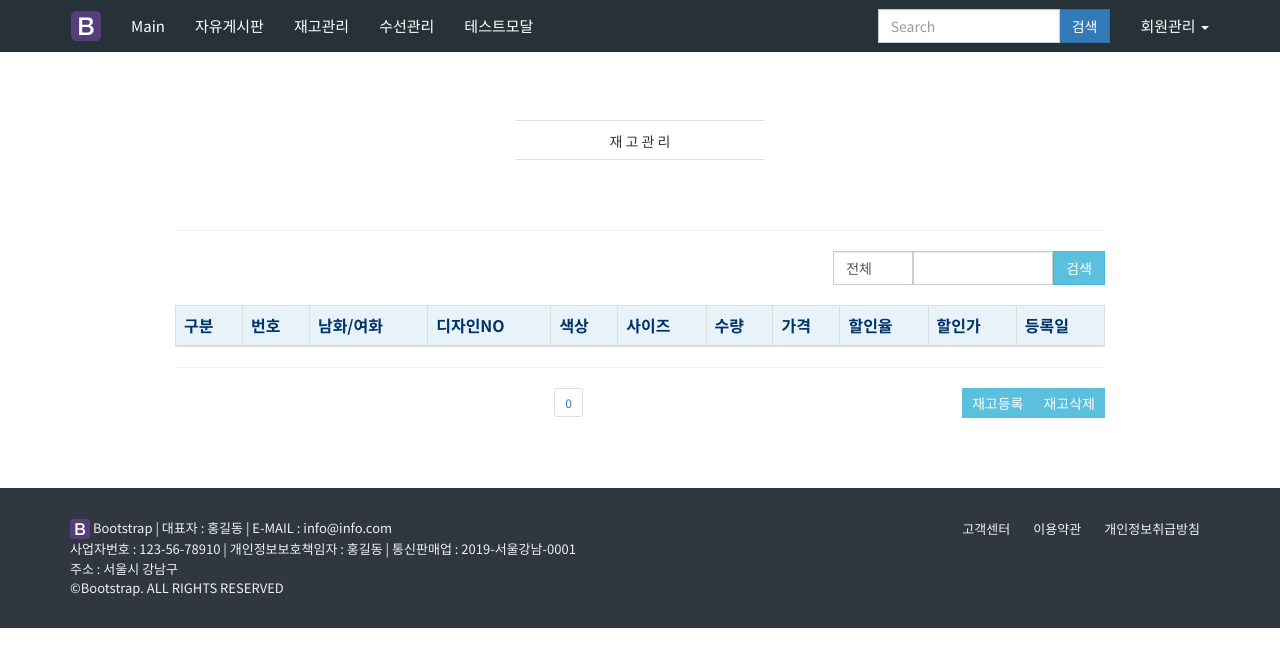
Repository: RattenLegs/Project_Inventory
Page: http://localhost/Project_Inventory/WEB-INF/views/inventoryboard/inventoryList.jsp
The author's editor kept a copy of each file at every save. The page is drawn from the files as they stood at one save, then again after the next save.
The browser window is 1280 px wide. The pictures show the whole page.
Some web libraries are served in a nearby version. The page is served by Tomcat 9. Nobody is signed in. Other server files are loaded and not shown. The template is opened directly, without the code that normally fills it, so the values that code supplies are empty.

Above is the page before, as saved 2023-03-02 18:46:31.
Console error: TypeError: Cannot read properties of null (reading 'addEventListener')

### Project_Inventory/src/main/webapp/WEB-INF/views/inventoryboard/inventoryList.jsp
<%@ taglib uri="http://java.sun.com/jsp/jstl/core" prefix="c"%>
<%@ taglib uri="http://java.sun.com/jsp/jstl/fmt" prefix="fmt"%>
<%@ page language="java" contentType="text/html; charset=UTF-8"
	pageEncoding="UTF-8"%>
<html>
<head>
<%@ include file="../../views/include/header.jsp"%>
<title>재고관리 시스템입니다.</title>

</head>
<body>
	<section>
		<div class="container-fluid">
			<div class="row">
				<!--lg에서 9그리드, xs에서 전체그리드-->
				<div class="col-lg-9 col-xs-12 board-table">
					<div class="titlebox">
						<p>재 고 관 리</p>
					</div>
					<hr>

					<div>

						<%@ include
							file="../../views/inventoryboard/inventorySearchForm.jsp"%></div>

					<table class="table table-bordered">
						<thead>
							<tr>
								<th>구분</th>
								<th>번호</th>
								<th>남화/여화</th>
								<th>디자인NO</th>
								<th>색상</th>
								<th>사이즈</th>
								<th>수량</th>
								<th>가격</th>
								<th>할인율</th>
								<th>할인가</th>
								<th>등록일</th>
							</tr>
						</thead>

						<tbody>
							<c:forEach var="vo" items="${boardList}">
								<tr>
									<td>${vo.bno}</td>
									<td>
										<a href="<c:url value='/inventoryboard/inventoryList/${vo.bno}${pc.makeURI(pc.paging.pageNum)}' />">${vo.shoeGender}</a>
										&nbsp;&nbsp;&nbsp;
										<c:if test="${vo.newMark}">
											<img alt="newMark" src="<c:url value='/img/icon_new.gif' />">
										</c:if></td>
									<td>${vo.design}</td>
									<td>${vo.color}</td>
									<td>${vo.shoeSize}</td>
									<td>${vo.shoeNum}</td>
									<td>${vo.price}</td>
									<td>${vo.salePercent}</td>
									<td>${vo.sale}</td>
									<td><fmt:formatDate value="${vo.regDate}"
											pattern="yyyy-MM-dd HH:mm" /></td>
									<td><fmt:formatDate value="${vo.updateDate}"
											pattern="yyyy-MM-dd HH:mm" /></td>
								</tr>
							</c:forEach>
						</tbody>

						<!-- 						<tfoot>
						</tfoot> -->

					</table>

					<!-- 					<select class="form-select" size="1"
						aria-label="size 1 select example">
						<option selected>Open this select menu</option>
						<option value="1">One</option>
						<option value="2">Two</option>
						<option value="3">Three</option>
					</select> -->

					<!-- <input type="checkbox"> -->
					<%@ include file="../../views/inventoryboard/addInventoryForm.jsp"%>

					<%@ include
						file="../../views/inventoryboard/inventoryModalForm.jsp"%>
				</div>
			</div>
		</div>
	</section>
	<%@ include file="../../views/include/footer.jsp"%>
</body>
<script
	src="${pageContext.request.contextPath}/resources/modal/modal.js"></script>

<script>
//페이지 관련 스크립트
$(function() {

	const msg = '${msg}';
	if(msg !== '') {
		alert(msg);
	}


	//사용자가 페이지 관련 버튼을 클릭했을 때, 기존에는 각각의 a태그의 href에다가
	//각각 다른 url을 작성해서 요청을 보내줬다면, 이번에는 클릭한 그 버튼이 무엇인지를 확인해서
	//그 버튼에 맞는 페이지 정보를 자바스크립트로 끌고와서 요청을 보내 주겠습니다.
	$('#pagination').on('click', 'a', function(e) {//on 함수 jQuery
		e.preventDefault(); //a태그의 고유기능 중지.

		//현재 이벤트가 발생한 요소(버튼)의
		//data-pageNum의 값을 얻어서 변수에 저장.
		//const value = e.target.dataset.pagenum; -> Vanilla JS
		const value = $(this).data('pagenum'); // -> jQuery
		console.log(value);

		//페이지 버튼들을 감싸고 있는 form태그를 name으로 지목하여
		//그 안에 숨겨져 있는 pageNum이라는 input태그의 value에
		//위에서 얻은 data-pageNum의 값을 삽입 한 후 submit
		//formatpageNum의 value를 얻어온 사용자가 클릭한 버튼, 그 버튼에 매겨진 page값으로 변경하고 submit 때리면 hidden으로 숨겨진 데이터도 넘어감
		document.pageForm.pageNum.value = value;
		document.pageForm.submit();

	});


}); //end jQuery
</script>

</html>

### Project_Inventory/src/main/webapp/WEB-INF/views/include/header.jsp
<%@ page language="java" contentType="text/html; charset=UTF-8"
	pageEncoding="UTF-8"%>
<%@ taglib uri="http://java.sun.com/jsp/jstl/core" prefix="c"%>

<!DOCTYPE html>
<html>
<head>

<meta charset="utf-8">
<meta http-equiv="X-UA-Compatible" content="IE=edge">
<meta name="viewport" content="width=device-width, initial-scale=1">

<!--
		${pageContext.request.contextPath} == <c:url value='' />
	 -->

<link
	href="${pageContext.request.contextPath}/resources/css/bootstrap.css"
	rel="stylesheet">
<script
	src="https://ajax.googleapis.com/ajax/libs/jquery/1.11.2/jquery.min.js"></script>
<!--개인 디자인 추가-->
<link href="${pageContext.request.contextPath}/resources/css/style.css"
	rel="stylesheet">
<script
	src="${pageContext.request.contextPath}/resources/js/bootstrap.js"></script>
</head>


<body>
	<header>
		<div class="container-fluid">
			<div class="row">
				<div class="container">
					<div class="navbar">
						<div class="navbar-header">
							<!--data-toggle 같은 것들은 내부적으로 지원하는 반응형 API기능이므로 지우면 안됩니다-->
							<button type="button" class="navbar-toggle"
								data-toggle="collapse" data-target="#myNavbar">
								<span class="icon-bar"></span> <span class="icon-bar"></span> <span
									class="icon-bar"></span>
							</button>
							<a class="navbar-brand" href="#"><img width="30"
								src="${pageContext.request.contextPath }/resources/img/logo.svg"
								alt="Brand"></a>
						</div>


						<div class="collapse navbar-collapse" id="myNavbar">
							<ul class="nav navbar-nav">
								<li class="active"><a href="<c:url value='/' />">Main</a></li>
								<li><a href="<c:url value='/freeboard/freeList' />">자유게시판</a></li>
								<li><a
									href="<c:url value='/inventoryboard/inventoryList' />">재고관리</a></li>
								<li><a href="<c:url value='/repairboard/repairList' />">수선관리</a></li>
								<li><a href="<c:url value='/testModal/testModalMain' />">테스트모달</a></li>
								<!--
				<li><a href="#">강의</a></li>
                                <li><a href="#">Form</a></li>
                                <li><a href="#">Board</a></li>
 				-->

							</ul>
							<ul class="nav navbar-nav navbar-right">
								<li class="dropdown"><a class="dropdown-toggle"
									data-toggle="dropdown" href="#">회원관리 <span class="caret"></span></a>
									<ul class="dropdown-menu">
										<li><a href="<c:url value='/user/userLogin' />"><span
												class="glyphicon glyphicon-log-in"></span>Login</a></li>
										<li><a href="<c:url value='/user/userJoin' />"><span
												class="glyphicon glyphicon-user"></span>회원가입</a></li>
										<!--                                         <li><a href="#"><span class="glyphicon glyphicon-user"></span>MyPage</a></li> -->
										<li><a href="#"><span
												class="glyphicon glyphicon-log-out"></span>Logout</a></li>
									</ul></li>
							</ul>

							<form class="navbar-form navbar-right" action="">
								<div class="input-group">
									<input type="text" class="form-control" placeholder="Search">
									<div class="input-group-btn">

										<button class="btn btn-primary" type="submit">검색</button>
									</div>
								</div>
							</form>
						</div>
					</div>
				</div>
			</div>
		</div>
	</header>

### Project_Inventory/src/main/webapp/WEB-INF/views/inventoryboard/inventorySearchForm.jsp
<%@ page language="java" contentType="text/html; charset=UTF-8"
	pageEncoding="UTF-8"%>


<!-- form을 가져온다 -->
<form action="<c:url value='/inventoryboard/inventoryList' />">
	<div class="search-wrap">
		<button type="submit" class="btn btn-info search-btn">검색</button>
		<input type="text" name="keyword" class="form-control search-input"
			value="${pc.paging.keyword}"> <select
			class="form-control search-select" name="condition">
			<option value="all"
				${pc.paging.condition == 'title' ? 'selected' : ''}>전체</option>
			<option value="title"
				${pc.paging.condition == 'title' ? 'selected' : ''}>남화/여화</option>
			<option value="content"
				${pc.paging.condition == 'content' ? 'selected' : ''}>디자인NO</option>
			<option value="writer"
				${pc.paging.condition == 'writer' ? 'selected' : ''}>색상</option>
			<option value="titleContent"
				${pc.paging.condition == 'titleContent' ? 'selected' : ''}>사이즈</option>
			<option value="titleContent"
				${pc.paging.condition == 'titleContent' ? 'selected' : ''}>수량</option>
			<option value="titleContent"
				${pc.paging.condition == 'titleContent' ? 'selected' : ''}>가격</option>
			<option value="titleContent"
				${pc.paging.condition == 'titleContent' ? 'selected' : ''}>할인율</option>
			<option value="titleContent"
				${pc.paging.condition == 'titleContent' ? 'selected' : ''}>할인가</option>
		</select>
	</div>
</form>

### Project_Inventory/src/main/webapp/WEB-INF/views/inventoryboard/addInventoryForm.jsp
<%@ taglib uri="http://java.sun.com/jsp/jstl/core" prefix="c"%>
<%@ taglib uri="http://java.sun.com/jsp/jstl/fmt" prefix="fmt"%>
<%@ page language="java" contentType="text/html; charset=UTF-8"
	pageEncoding="UTF-8"%>

<!--페이지 네이션을 가져옴-->
<form action="<c:url value='/inventoryboard/inventoryList' />"
	name="pageForm">
	<div class="text-center">
		<hr>
		<ul id="pagination" class="pagination pagination-sm">
			<c:if test="${pc.prev}">
				<li><a href="#" data-pagenum="${pc.beginPage-1}">이전</a></li>
			</c:if>

			<c:forEach var="num" begin="${pc.beginPage}" end="${pc.endPage}">
				<li class="${pc.paging.pageNum == num ? 'active' : ''}"><a
					href="#" data-pagenum="${num}">${num}</a></li>
			</c:forEach>

			<c:if test="${pc.next}">
				<li><a href="#" data-pagenum="${pc.endPage+1}">다음</a></li>
			</c:if>
		</ul>
		<button type="button" class="btn btn-info">재고삭제</button>
<!-- 모달 오픈 -->
<button type="button" class="btn btn-info" data-toggle="modal" data-target="#exampleModal">
  재고등록
</button>
	</div>

<!-- Button trigger modal -->
<!-- <button type="button" class="btn btn-primary" data-toggle="modal" data-target="#exampleModal">
  Launch demo modal
</button> -->


	<!-- 페이지 관련 버튼(이전, 다음, 페이지번호)을 클릭 시 같이 숨겨서 보내줄 공통 값  -->
	<input type="hidden" name="pageNum" value="${pc.paging.pageNum}">
	<input type="hidden" name="cpp" value="${pc.paging.cpp}"> <input
		type="hidden" name="condition" value="${pc.paging.condition}">
	<input type="hidden" name="keyword" value="${pc.paging.keyword}">
</form>

### Project_Inventory/src/main/webapp/WEB-INF/views/inventoryboard/inventoryModalForm.jsp
<%@ page language="java" contentType="text/html; charset=UTF-8"
	pageEncoding="UTF-8"%>

<!-- Modal -->
<div class="modal fade" id="exampleModal" tabindex="-1" role="dialog"
	aria-labelledby="exampleModalLabel" aria-hidden="true">
	<div class="modal-dialog" role="document">
		<div class="modal-content">
			<div class="modal-header">
				<h5 class="modal-title" id="exampleModalLabel">재고등록</h5>
				<button type="button" class="close" data-dismiss="modal"
					aria-label="Close">
					<span aria-hidden="true">&times;</span>
				</button>
			</div>
			<div class="modal-body">
				<form action="/inventoryboard/addInventoryCheck" method="post">
					<table class="table table-hover">
						<tbody class="t-control">
							<tr>
								<td class="t-title">남화/여화</td>
								<td><select>
										<option selected></option>
										<option value="man">남화</option>
										<option value="woman">여화</option>
								</select></td>
							</tr>
							<tr>
								<td class="t-title">디자인NO</td>
								<td><input class="form-control input-sm" name="design"></td>
							</tr>
							<tr>
								<td class="t-title">색상</td>
								<td><input class="form-control input-sm" name="color"></td>
							</tr>
							<tr>
								<td class="t-title">사이즈</td>
								<td><input class="form-control input-sm" name="shoeSize"></td>
							</tr>
							<tr>
								<td class="t-title">수량</td>
								<td><input class="form-control input-sm" name="shoeNum"></td>
							</tr>
							<tr>
								<td class="t-title">가격</td>
								<td><input class="form-control input-sm" name="price"></td>
							</tr>
							<tr>
								<td class="t-title">할인율</td>
								<td><input class="form-control input-sm" name="salePercent"></td>
							</tr>
							<tr>
								<td class="t-title">할인가</td>
								<td><input class="form-control input-sm" name="sale"></td>
							</tr>

							<!-- 							<tr>
								<td class="t-title">CONTENT</td>
								<td><textarea class="form-control" rows="7" name="content"></textarea>
								</td>
							</tr> -->
						</tbody>
					</table>
				</form>
			</div>
			<div class="modal-footer">
				<button type="button" class="btn btn-primary addInventorylist">재고
					등록</button>
				<button type="button" class="btn btn-secondary" data-dismiss="modal">모달
					닫기</button>

			</div>
		</div>
	</div>
</div>

<!-- <div class="form-check">
										<input class="form-check-input" type="radio"
											name="flexRadioDefault" id="flexRadioDefault1"
											name="shoeGender"> <label class="form-check-label"
											for="flexRadioDefault1"> 남화 </label>
									</div>
									<div class="form-check">
										<input class="form-check-input" type="radio"
											name="flexRadioDefault" id="flexRadioDefault1"
											name="shoeGender"> <label class="form-check-label"
											for="flexRadioDefault1"> 여화 </label>
									</div> -->

### Project_Inventory/src/main/webapp/WEB-INF/views/include/footer.jsp
<%@ page language="java" contentType="text/html; charset=UTF-8"
    pageEncoding="UTF-8"%>
    <footer>
        <div class="container">
            <div class="row">
                <div class="col-md-7 col-sm-12">
                    <div class="copyright">
                        <a href="">
                            <img width="20" src="${pageContext.request.contextPath }/resources/img/logo.svg" alt="Brand">
                        </a>
                        Bootstrap | 대표자 : 홍길동 | E-MAIL : info&#64;info.com<br>
                        사업자번호 : 123-56-78910 | 개인정보보호책임자 : 홍길동 | 통신판매업 : 2019-서울강남-0001<br>
                        주소 : 서울시 강남구
                        <address>&copy;Bootstrap. ALL RIGHTS RESERVED</address>
                    </div>
                </div>
                <div class="col-md-5 col-sm-12 text-right">
                    <ul class="footer-menu">
                        <li><a href="#">고객센터</a></li>
                        <li><a href="#">이용약관</a></li>
                        <li><a href="#">개인정보취급방침</a></li>
                    </ul>
                </div>
            </div>
        </div>
    </footer>
    <!-- //footer -->

### Project_Inventory/src/main/webapp/resources/css/style.css
/*=========웹폰트 선언=========*/
@import
	url('https://fonts.googleapis.com/css?family=Noto+Sans+KR&display=swap')
	;
/*===========================*/

/*디자인 시작시 기본 선언*/
* { /* 기본선언: 마딩, 패딩 0, 요소크기에 padding, border값을 포함 x*/
	padding: 0;
	margin: 0;
	box-sizing: border-box;
}

body, html {
	width: 100%;
	min-width: 320px;
	font-family: 'Noto Sans KR', sans-serif; /*웹폰트 사용*/
}

img {
	max-width: 100%; /*사이즈가 변해도 넓이를 유지 */
	height: auto; /*사이즈가 변해도 높이를 유지 */
	/*vertical-align: top;*/
}

input, textarea, button, select {
	/*고유하게 적용되어있는 form관련 요소들을 제거해서 여러브라우저에서 동일한디자인을 얻게함*/
	-webkit-appearance: none;
	-moz-appearance: none;
	appearance: none;
	border: none
}

ul, ol, dl, li {
	list-style: none /*순서 요소들이 리스트스타일을 업앤다 */
}

.btn {
	border-radius: 0px;
}

/*=========헤더=========*/
.carousel-control.right, .carousel-control.left {
	background-image: linear-gradient(to right, rgba(0, 0, 0, .0001) 0%,
		rgba(0, 0, 0, 0) 100%)
}
header {
	position: fixed;
	left: 0;
	top: 0;
	width: 100%;
	z-index: 50; /*position을 이용하면 요소가 겹쳐질 수 있다. 숫자가 제일 높은값이 위로 떠오른다*/
}
header {
	background: #263238;
}

section {
	margin-top: 50px;
}

/*header 의 모든 컨테이너 클래스에 적용함 */
header .container {
	padding: 0;
}
/*navbar의 margin: 0으로 */
.navbar {
	margin-bottom: 0px;
}
/*이미지 위치 조정 */
.navbar-brand {
	padding: 10px 15px;
}
/*nav의 a변경*/
.nav>li>a {
	font-size: 15px;
	color: white;
}
/*na의 a 호버시 기능 변경 */
.nav>li>a:hover, .nav>li>a:focus {
	background-color: #304047;
}

/* 토글메뉴 윤곽색 변경 */
.navbar-toggle {
	border-color: white;
}

.navbar-toggle>.icon-bar {
	background-color: white;
}
/*개발자도구에서 확인후 색깔변경*/
.nav .open>a:focus {
	background-color: #304047;
}
/*부트스트랩의 드롭다운시 a태그 색상변경  */
.dropdown-menu>li>a {
	color: #f5f5f5;
}
/*======슬라이더=======*/
.slide-list {
	padding: 0;
}
/* ===================================
    Footer style
====================================== */
footer {
	margin-top: 70px;
	background-color: #303740;
	padding: 30px 0;
}

footer .copyright {
	font-size: 13px;
	line-height: 20px;
	color: #f1f1f1;
}

footer .copyright address {
	margin-bottom: 0;
}

footer .footer-menu li {
	display: inline-block;
	padding: 0 10px;
}

footer .footer-menu li a {
	display: block;
	color: #f1f1f1;
	font-size: 13px;
}

/*===========본문=========== */
/*섹션전체에 패딩 추가*/
section {
	/*위 60px 나머지 0 */

}

.prod-list, .prod-link {
	border: 1px solid #ddd; /*윤곽 1, 한줄, 색상 */
	display: block; /* 블락요소로 변경 반드시 필요 */
	text-align: center; /*이미지 가운데 정렬*/
	/* position: relative;*/
}
/*기본 부트설정은 좌우 15px임 -> col에 대해 전부 5px로 바꿔버린다*/
.prod-list, .prod-list>li[class*="col-"] {
	padding: 5px;
}

/*호버기능 추가*/
.prod-link:hover {
	border-color: #4285F4;
}

.prod-link>.arrow {
	display: block; /*span은 인라인 요소입니다 인라인요소는 position속성을 사용할수 없습니다*/
	position: absolute;
	/*원래 위치에서 따로 띠어내어 부모위치로 조정한다 width, heigth를 필수로 지정해야한다*/
	left: 15px; /*좌우 위치조정 left, right 중 한개만쓴다*/
	bottom: 15px; /*위아래 위치조정 top, bottom 중한개만 쓴다 */
	width: 36px; /* 넓이값 조정 */
	height: 36px; /* 높이값 조정*/
	line-height: 36px; /*텍스트가 위치에 맞게 높이와 동일하게 설정 */
	background-color: #ccc;
	color: #fff;
	opacity: 1; /*투명도*/
}
/* .hover클래스의 넓이 색상 투명도*/
.prod-link>.hover {
	width: 100px;
	background-color: #4285F4;
	opacity: 0;
}
/*link호버시 arrow클래스를 투명도 0*/
.prod-link:hover>.arrow {
	opacity: 0;
}
/*link호버시 hover클래스를 투명도 1*/
.prod-link:hover>.hover {
	opacity: 1;
}

/*========회원가입 폼 디자인=========*/
/*제목박스(계속사용) */
.titlebox {
	width: 250px;
	text-align: center;
	height: 40px;
	line-height: 40px;
	margin: 70px auto;
	border-top: 1px solid #E1E1E1;
	border-bottom: 1px solid #E1E1E1;
}

.join-form {
	margin: 0 auto;
	/*가운대 정렬방법 하지만 적용되지 않는다. 이유는 col클래스들이 float:left를 들고 있기 때문*/
	float: none; /*플롯을 해제한다. 가운대정렬이 들어간다*/
}
/*조인폼클래스의 form태그의 접근 */
.join-form form {
	border-radius: 8px; /*윤곽 8*/
	padding: 15px; /*모든 패딩 15*/
	/*박스 쉐도우: 그림자가 가로로떨어진간격, 세로로떨어진 간격, 흐릿정도, 그림자색상*/
	box-shadow: 0px 8px 16px rgba(0, 0, 0, 0.15)
}

.input-group-addon {
	padding: 0;
	border: none; /*윤곽 모두 0*/
	border-radius: 0;
}
/*폼컨트롤, 인풋그룹 내부에 모든 버튼 라디우스 0 */
.form-control, .form-group .btn {
	border-radius: 0;
}
/*포커스시 윤곽 색 변경*/
.form-control:focus {
	border-color: #555;
}
/* 핸드폰폼 디자인 */
.input-group .phone1 {
	width: 33.3333%;
}

.input-group .phone2 {
	width: 66.6666%;
}
/*이메일폼 디자인 */
.email-form {
	box-sizing: border-box;
	overflow: hidden;
}

.email-form input {
	width: 33.33%;
	float: left;
}

.email-form select {
	width: 66.66%;
	float: left;
}
/*=========로그인 디자인==========*/
.login-form {
	margin: 0 auto;
	float: none;
}

.login-form form {
	border-radius: 8px; /*윤곽 8*/
	padding: 70px 120px; /*위아래, 좌우*/
	/*박스 쉐도우: 그림자가 가로로떨어진간격, 세로로떨어진 간격, 흐릿정도, 그림자색상*/
	box-shadow: 0px 8px 16px rgba(0, 0, 0, 0.15);
	margin-bottom: 174px; /*화면에 딱맞게 밀어준다*/
}

/*========회원정보 디자인=========*/
.m-control .m-title {
	min-width: 100px; /*화면줄었을때 최소크기*/
	vertical-align: middle; /*가운대 정렬*/
}

.m-control .form-control {
	width: 200px;
	display: inline; /*인라인요소로 변경한다*/
}
/*개발자 도구에서 input-sm의 정렬을 푼다*/
.m-control .input-sm {
	height: auto;
	line-height: normal;
}
/*sel의 크기만 지정*/
.m-control  .sel {
	width: 80px;
}

.m-control .add {
	width: 400px;
}

.titlefoot {
	text-align: center; /*인라인의 텍스트정렬 가운데*/
	margin: 30px auto; /*박스의 가운데정렬*/
	width: 50%; /*크기 50%*/
}

/*==========자게 디자인==========*/
.titlebox {
	width: 250px;
	text-align: center;
	height: 40px;
	line-height: 40px;
	margin: 70px auto;
	border-top: 1px solid #E1E1E1;
	border-bottom: 1px solid #E1E1E1;
}
/*자게 그리드*/
.board-table {
	float: none; /*col의 플로팅 해제 */
	margin: 0 auto;
}
/*---검색버튼--- */
.search-wrap {
	overflow: hidden; /*부모요소에 히든 */
	margin-bottom: 20px;
}

.search-btn, .search-input, .search-select {
	float: right; /*우측 플로팅 */
}

.search-input {
	width: 140px;
}

.search-select {
	width: 80px;
}

/*제목에 클래스를 줘서 강제로 크기 고정*/
.board-title {
	width: 300px;
}
/*th의 순차적 접근 색상변경 */
.table-bordered>thead>tr>th {
	background-color: #E7F2F9;
	color: #003366;
}

/*테이블 안에 a태그에 순차적 접근 */
.table-bordered>tbody>tr>td>a, .table-bordered>tbody>tr>td>a:hover {
	color: black;
}

.pagination {
	margin: 0; /*페이지 네이션의 기본 마진 0*/
}

.text-center .btn {
	float: right; /*오른쪽으로 쌓아서 우측정렬 시킨다*/
	border: 0; /*border스타일 해제*/
	border-radius: 0; /*윤곽 0*/
	padding: 5px 10px; /*버튼 패딩을 페이지네이션과 맞춘다*/
}

/*==========자게 글쓰기==========*/
.titlebox {
	width: 250px;
	text-align: center;
	height: 40px;
	line-height: 40px;
	margin: 70px auto;
	border-top: 1px solid #E1E1E1;
	border-bottom: 1px solid #E1E1E1;
}

.t-control .t-title {
	width: 100px;
	min-width: 100px; /*화면줄었을때 최소크기*/
	vertical-align: middle; /*테이블에서 세로 가운대정렬*/
}

/*input 요소의 넓이만 선택*/
.t-control input {
	width: 200px;
	display: inline; /*인라인요소로 변경한다*/
}

/*개발자 도구에서 input-sm의 정렬을 푼다*/
.t-control .input-sm {
	height: auto;
	line-height: normal;
}
/*td의 아래만 밑줄*/
.t-control td {
	border-bottom: 1px solid #E1E1E1;
}

.titlefoot {
	text-align: center;
	margin: 30px auto; /*박스의 가운데정렬*/
	width: 50%; /*크기 50%*/
}
/*==========자게 상세보기==========*/
.write-wrap {
	margin: 0 auto;
	/*가운대 정렬방법 하지만 적용되지 않는다. 이유는 col클래스들이 float:left를 들고 있기 때문*/
	float: none; /*플롯을 해제한다. 가운대정렬이 들어간다*/
}
/*=======댓글========*/
.reply-wrap {
	background-color: #f5f5f5;
	padding: 15px;
	border: 1px solid #ddd;
	position: relative; /*부모에 relative*/
}

.reply-wrap .reply-image {
	position: absolute; /*자식에서 absolute로 부모요소 위치로 조정*/
	left: 15px;
	top: 15px;
}

.reply-wrap .reply-content {
	padding-left: 60px;
}
/*부트스트랩의 form-control 조정 */
.reply-content>.form-control {
	resize: vertical; /*세로로만 조정가능*/
	width: 100%; /*최대 100%*/
	min-height: 80px; /*최대 넓이*/
	margin-bottom: 10px;
}

.reply-input>.form-control {
	width: 200px;
	margin-bottom: 5px;
}

.reply-group {
	overflow: hidden;
}

.reply-input {
	float: left;
}

.reply-group .right {
	float: right;
}

/*댓글 영역*/
.reply-group small {
	margin-left: 10px;
	height: 20px;
	line-height: 20px;
}

.reply-group small, .reply-group strong {
	float: left;
}

.reply-group a {
	text-decoration: none;
	color: #777;
	float: right;
}
/*댓글창 포커스시 서서히 보이기 */
.reply-content textarea {
	height: 50px;
	transition: height .4s ease-in-out;
}

.reply-content textarea:focus {
	height: 150px;
}
/*==========토글탭 mypage==========*/
.tabs-style {
	background-color: #607D8B;
}
/*탭버튼 아래 마진 50*/
.tabs-style {
	margin-bottom: 50px;
}

.tabs-style>li {
	margin-bottom: 0;
}

.tabs-style li a {
	background-color: #607D8B;
	border: none;
	margin: 0;
	border-radius: 0px;
}

.tabs-style li.active a, .tabs-style li.active a:hover, .tabs-style li.active a:focus
	{
	border: none;
	background-color: #56707D;
	color: #fff;
}

.myInfo {
	margin: 0 auto;
	float: none;
}

.myInfo-inner {
	margin: 0;
	float: none;
}

/*==========mypage check==========*/
.infoCheck {
	margin: 0 auto;
	float: none;
}

.infoCheck-form ul {
	width: 270px;
	margin: 0 auto;
}

.infoCheck-form li {
	position: relative;
	padding-left: 95px;
}

.infoCheck-form li .lab {
	font-size: 20px;
	position: absolute;
	top: 0;
	left: 0;
}

.infoCheck-form input {
	width: 170px;
	margin: 0;
}

.infoCheck .alert {
	margin-bottom: 50px;
	border-radius: 0;
}

.infoCheck-btn {
	width: 270px;
	margin-top: 40px;
	margin: 0 auto;
}

.infoCheck-btn button {
	margin-top: 20px;
	padding: 5px 51.5px;
}

### Project_Inventory/src/main/webapp/resources/img/logo.svg
<svg xmlns="http://www.w3.org/2000/svg" viewBox="0 0 612 612" focusable="false" role="img">
  <title>Bootstrap</title>
  <path fill="#563D7C" d="M612 510c0 56.1-45.9 102-102 102H102C45.9 612 0 566.1 0 510V102C0 45.9 45.9 0 102 0h408c56.1 0 102 45.9 102 102v408z"/>
  <path fill="#FFF" d="M166.3 133h173.5c32 0 57.7 7.3 77 22s29 36.8 29 66.5c0 18-4.4 33.4-13.2 46.2-8.8 12.8-21.4 22.8-37.8 29.8v1c22 4.7 38.7 15.1 50 31.2 11.3 16.2 17 36.4 17 60.8 0 14-2.5 27.1-7.5 39.2-5 12.2-12.8 22.7-23.5 31.5s-24.3 15.8-41 21-36.5 7.8-59.5 7.8h-164V133zm62.5 149.5h102c15 0 27.5-4.2 37.5-12.8s15-20.8 15-36.8c0-18-4.5-30.7-13.5-38s-22-11-39-11h-102v98.6zm0 156.5h110.5c19 0 33.8-4.9 44.2-14.8 10.5-9.8 15.8-23.8 15.8-41.8 0-17.7-5.2-31.2-15.8-40.8s-25.2-14.2-44.2-14.2H228.8V439z"/>
</svg>

### Project_Inventory/src/main/webapp/resources/modal/modal.js
function modalOpen() {
		document.querySelector(".background").className = "background modalOpen";
	}

	function close() {
		document.querySelector(".background").className = "background";
	}

	document.querySelector("#modalOpen").addEventListener("click", modalOpen);
	document.querySelector("#modalClose").addEventListener("click", close);

Loaded but not shown: Project_Inventory/src/main/webapp/resources/css/bootstrap.css (library); Project_Inventory/src/main/webapp/resources/js/bootstrap.js (library)

After the next save:
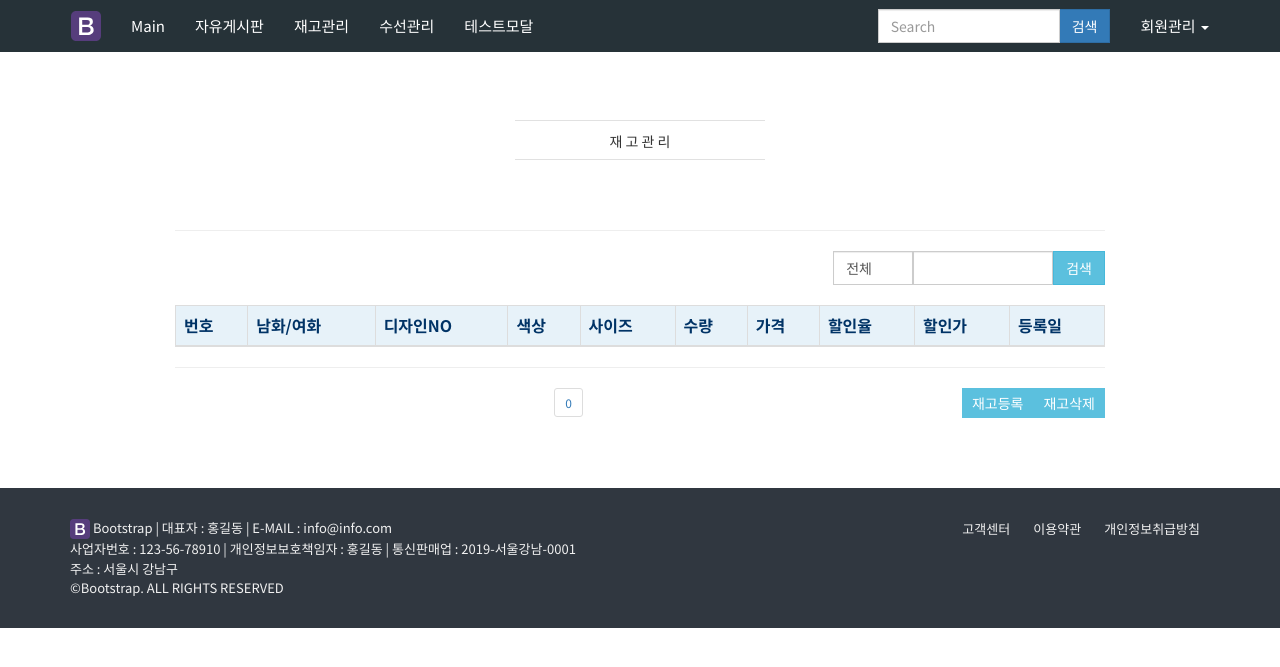
Saved 41 s later.
--- a/Project_Inventory/src/main/webapp/WEB-INF/views/inventoryboard/inventoryList.jsp
+++ b/Project_Inventory/src/main/webapp/WEB-INF/views/inventoryboard/inventoryList.jsp
@@ -27,7 +27,6 @@
 					<table class="table table-bordered">
 						<thead>
 							<tr>
-								<th>구분</th>
 								<th>번호</th>
 								<th>남화/여화</th>
 								<th>디자인NO</th>
